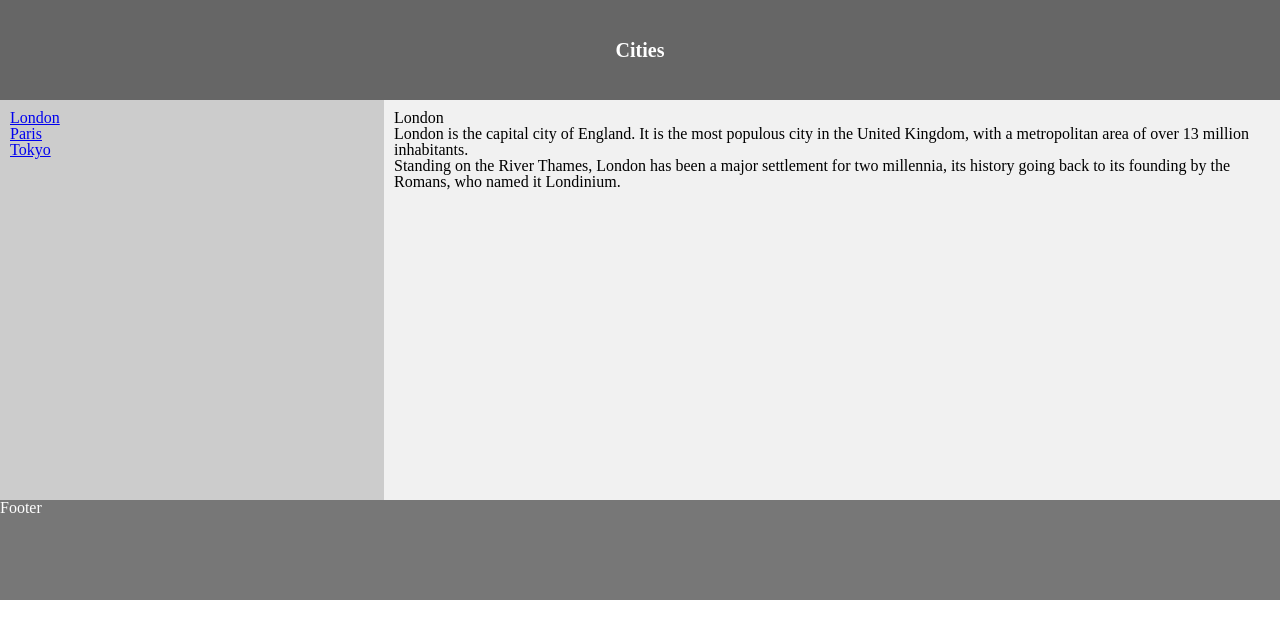
Repository: Tan-Khang21/TH_TKW--Buoi_06
Page: Bai_Tap_Tren_lop/Bai_01/LayoutCSS1.html
These files come from the project's save history. The page is drawn as it stood at one moment and after the next save; the edit follows.
The browser window is 1280 px wide. The pictures show the whole page.

Above is the page before, as saved 2024-03-11 19:53:53.

### Bai_Tap_Tren_lop/Bai_01/LayoutCSS1.html
<!DOCTYPE html>
<html lang="en">
  <head>
    <meta charset="UTF-8" />
    <meta name="viewport" content="width=device-width, initial-scale=1.0" />
    <title>Document</title>
    <link rel="stylesheet" href="style.css" />
    <link rel="stylesheet" href="reset.css" />
  </head>
  <body>
    <div class="title">Cities</div>
    <div class="content">
      <nav class="navigation">
        <a href="#">London</a>
        <a href="#">Paris</a>
        <a href="#">Tokyo</a>
      </nav>
      <div class="Article">
        <h5>London</h5>
        <p>
          London is the capital city of England. It is the most populous city in
          the United Kingdom, with a metropolitan area of over 13 million
          inhabitants.
        </p>
        <p>
          Standing on the River Thames, London has been a major settlement for
          two millennia, its history going back to its founding by the Romans,
          who named it Londinium.
        </p>
      </div>
    </div>
    <footer>Footer</footer>
  </body>
</html>

### Bai_Tap_Tren_lop/Bai_01/style.css
* {
  box-sizing: border-box;
}
body {
  width: 100%;
}
.title,
footer {
  height: 100px;
  background-color: #666666;
  color: white;
  font-size: 20px;
  font-weight: bold;
  display: flex;
  align-items: center;
  justify-content: center;
}
.navigation {
  width: 30%;
  height: 400px;
  background-color: #cccccc;
  padding: 10px;
  display: flex;
  flex-direction: column;
  float: left;
}
.Article {
  width: 70%;
  height: 400px;
  background-color: #f1f1f1;
  float: right;
  padding: 10px;
}
footer {
  clear: both;
  height: 100px;
  width: 100%;
  background-color: #777777;
  color: white;
}

Loaded but not shown: Bai_Tap_Tren_lop/Bai_01/reset.css (common file)

After the next save:
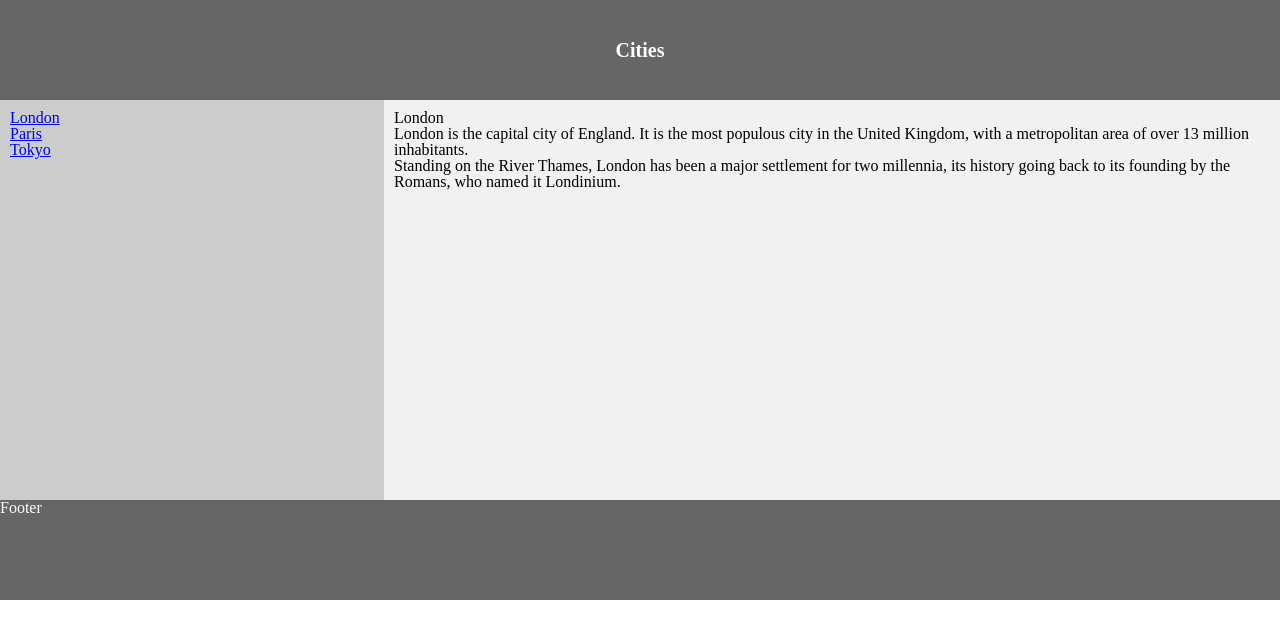
Saved 15 s later.
--- a/Bai_Tap_Tren_lop/Bai_01/style.css
+++ b/Bai_Tap_Tren_lop/Bai_01/style.css
@@ -33,8 +33,4 @@ footer {
 }
 footer {
   clear: both;
-  height: 100px;
-  width: 100%;
-  background-color: #777777;
-  color: white;
 }
